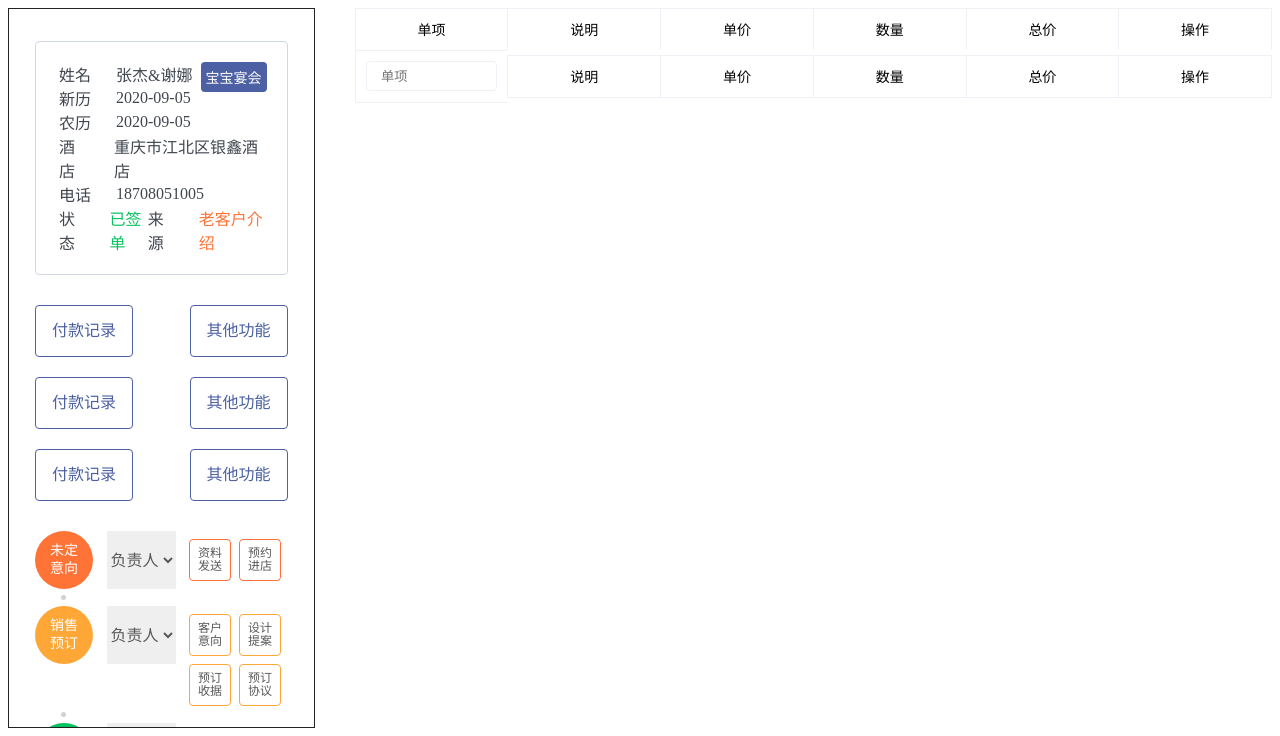
Repository: Lairuola/wedding-1
Page: index.html
These files come from the project's save history. The page is drawn as it stood at one moment and after the next save; the edit follows.
The browser window is 1280 px wide. The pictures show the whole page.

Above is the page before, as saved 2020-12-24 15:48:32.

### index.html
<!--
 * @Author       : 濑若拉
 * @Date         : 2020-12-17 10:22:14
 * @LastEditors  : 濑若拉
 * @LastEditTime : 2020-12-24 15:48:32
 * @FilePath     : /slidebar/index.html
-->


<!DOCTYPE html>
<html lang="en">

<head>
  <meta charset="UTF-8">
  <meta name="viewport" content="width=device-width, initial-scale=1.0">
  <title>Document</title>
  <style>
    .slide-left {
      width: 402px;
      height: 100vh;
      box-sizing: border-box;
      padding: 32px 26px;
      overflow-y: auto;
      display: flex;
      flex-direction: column;
      align-items: center;
      border: 1px solid #222;
    }

    .info {
      width: 100%;
      height: 328px;
      display: flex;
      flex-direction: column;
      justify-content: space-between;
      padding: 20px 23px;
      position: relative;
      box-sizing: border-box;
      border-radius: 4px;
      border: solid 1px #d1d6e7;
    }

    .info .row {
      width: 100%;
      display: flex;
      font-size: 16px;
      color: #414750;
      flex-direction: row;
      align-items: center;
    }

    .info .row .label,
    .info .end-row .item .label {
      margin-right: 25px;
    }

    .info .end-row {
      width: 100%;
      display: flex;
      flex-direction: row;
      align-items: center;
      justify-content: space-between;
      font-size: 16px;
      color: #414750;
    }

    .info .end-row .item {
      display: flex;
      flex-direction: row;
      align-items: center;
      font-size: 16px;
      color: #414750;
    }

    .info .info-tag {
      padding: 5px;
      background-color: #4c60a3;
      border-radius: 4px;
      font-size: 14px;
      color: #fff;
      position: absolute;
      top: 20px;
      right: 20px;
    }

    .btn-area {
      width: 100%;
      display: flex;
      flex-direction: row;
      align-items: center;
      justify-content: space-between;
      flex-wrap: wrap;
      margin-top: 10px;
      margin-bottom: 30px;
    }

    .btn-area .btn {
      width: 96px;
      height: 50px;
      background-color: #ffffff;
      border-radius: 4px;
      border: solid 1px #4c60a3;
      font-size: 16px;
      color: #4c60a3;
      text-align: center;
      line-height: 50px;
      margin-top: 20px;
    }

    .bot-area {
      width: 100%;
      display: flex;
      flex-direction: column;
    }

    .bot-area .item {
      width: 100%;
      display: flex;
      flex-direction: row;
      position: relative;
      padding-bottom: 17px;
    }

    .bot-area .item .circle {
      width: 58px;
      height: 58px;
      color: #fff;
      border-radius: 100%;
      display: flex;
      align-items: center;
      justify-content: center;
    }

    .bot-area .item .circle .text {
      width: 28px;
      height: 36px;
      font-size: 14px;
      line-height: 18px;
    }

    .bot-area .item .select-wrap {
      width: 96px;
      text-align: center;
    }

    .bot-area .item .select-wrap .bot-select {
      border: none;
      outline: none;
      color: #595959;
      font-size: 16px;
      height: 58px;
    }

    .bot-area .item .btn-row {
      flex: 1;
      display: flex;
      flex-direction: row;
      flex-wrap: wrap;
      margin-right: -8px;
    }

    .bot-area .item .btn-row .btn {
      width: 40px;
      height: 40px;
      border-radius: 4px;
      margin-right: 8px;
      border: 1px solid;
      display: flex;
      align-items: center;
      justify-content: center;
      margin-top: 8px;
      color: #595959;
    }

    .bot-area .item .btn-row .btn .word {
      width: 24px;
      height: 26px;
      font-size: 12px;
      line-height: 13px;
      letter-spacing: 0px;
    }

    .bot-area .item .dot {
      width: 5px;
      height: 5px;
      background-color: #d2d2d2;
      border-radius: 100%;
      position: absolute;
      bottom: 6px;
      left: 26px;
    }

    .bot-area .item .btn-row .btn.orange {
      border-color: #ff7336;
    }

    .bot-area .item .btn-row .btn.orange:hover {
      background-color: #ff7336;
      color: #fff;
    }

    .bot-area .item .btn-row .btn.yellow {
      border-color: #ffa736;
    }

    .bot-area .item .btn-row .btn.yellow:hover {
      background-color: #ffa736;
      color: #fff;
    }

    .bot-area .item .btn-row .btn.green {
      border-color: #07c160;
    }

    .bot-area .item .btn-row .btn.green:hover {
      background-color: #07c160;
      color: #fff;
    }

    .bot-area .item .btn-row .btn.aqua {
      border-color: #0bc8cb;
    }

    .bot-area .item .btn-row .btn.aqua:hover {
      background-color: #0bc8cb;
      color: #fff;
    }

    .bot-area .item .btn-row .btn.blue {
      border-color: #3d9bfb;
    }

    .bot-area .item .btn-row .btn.blue:hover {
      background-color: #3d9bfb;
      color: #fff;
    }

    .bot-area .item .btn-row .btn.cornflowerblue {
      border-color: #4c60a3;
    }

    .bot-area .item .btn-row .btn.cornflowerblue:hover {
      background-color: #4c60a3;
      color: #fff;
    }

    .color-green {
      color: #07c160
    }

    .color-orange {
      color: #ff7336;
    }

    .bg-color-red {
      background-color: #ff7336;
    }

    .bg-color-yellow {
      background-color: #ffa736;
    }

    .bg-color-green {
      background-color: #07c160;
    }

    .bg-color-aqua {
      background-color: #0bc8cb;
    }

    .bg-color-blue {
      background-color: #3d9bfb;
    }

    .bg-color-cornflowerblue {
      background-color: #4c60a3;
    }
  </style>
  <style>
    .my-table {
      width: 100%;
      height: 80vh;
      display: flex;
      flex-direction: column;
      margin-left: 40px;
    }

    .my-table .rows {
      width: 100%;
      display: flex;
      flex-direction: row;
      align-items: center;
    }

    .my-table .rows .item {
      flex: 1;
      border: 1px solid #222;
      box-sizing: border-box;
      display: flex;
      align-items: center;
      justify-content: center;
      border: 1px solid #eff1f7;
      font-size: 14px;
      padding: .65rem;
    }

    .my-table .rows .item:not(:last-child) {
      border-right: 0
    }

    .my-table .rows:not(:last-child) .item {
      border-bottom: 0;
    }

    .my-table .rows .item .single {
      background-color: #fff;
      border: 1px solid #eff1f7;
      width: 100%;
      height: 28px;
      padding: 0 14px;
      border-radius: 4px;
    }
  </style>
</head>

<body style="display: flex;flex-direction: row;">
  <div class="slide-left">
    <!-- 资料 -->
    <div class="info">
      <div class="row">
        <div class="label">姓名</div>
        <div class="content">张杰&谢娜</div>
      </div>
      <div class="row">
        <div class="label">新历</div>
        <div class="content">2020-09-05</div>
      </div>
      <div class="row">
        <div class="label">农历</div>
        <div class="content">2020-09-05</div>
      </div>
      <div class="row">
        <div class="label">酒店</div>
        <div class="content">重庆市江北区银鑫酒店</div>
      </div>
      <div class="row">
        <div class="label">电话</div>
        <div class="content">18708051005</div>
      </div>
      <div class="end-row">
        <div class="item">
          <div class="label">状态</div>
          <div class="content color-green">已签单</div>
        </div>
        <div class="item">
          <div class="label">来源</div>
          <div class="content color-orange">老客户介绍</div>
        </div>
      </div>
      <!-- tag -->
      <div class="info-tag">宝宝宴会</div>
    </div>
    <!-- btn-area -->
    <div class="btn-area">
      <div class="btn">付款记录</div>
      <div class="btn">其他功能</div>
      <div class="btn">付款记录</div>
      <div class="btn">其他功能</div>
      <div class="btn">付款记录</div>
      <div class="btn">其他功能</div>
    </div>
    <!-- bot-area -->
    <div class="bot-area">
      <div class="item">
        <div class="circle bg-color-red">
          <div class="text">未定意向</div>
        </div>
        <div class="select-wrap">
          <select class='bot-select' name="" id="">
            <option value="">负责人</option>
          </select>
        </div>
        <div class="btn-row">
          <div class="btn orange">
            <div class="word">资料发送</div>
          </div>
          <div class="btn orange">
            <div class="word">预约进店</div>
          </div>
        </div>
        <div class="dot"></div>
      </div>
      <div class="item">
        <div class="circle bg-color-yellow">
          <div class="text">销售预订</div>
        </div>
        <div class="select-wrap">
          <select class='bot-select' name="" id="">
            <option value="">负责人</option>
          </select>
        </div>
        <div class="btn-row">
          <div class="btn yellow">
            <div class="word">客户意向</div>
          </div>
          <div class="btn yellow">
            <div class="word">设计提案</div>
          </div>
          <div class="btn yellow">
            <div class="word">预订收据</div>
          </div>
          <div class="btn yellow">
            <div class="word">预订协议</div>
          </div>
        </div>
        <div class="dot"></div>
      </div>
      <div class="item">
        <div class="circle bg-color-green">
          <div class="text">设计策划</div>
        </div>
        <div class="select-wrap">
          <select class='bot-select' name="" id="">
            <option value="">负责人</option>
          </select>
        </div>
        <div class="btn-row">
          <div class="btn green">
            <div class="word">策划设计</div>
          </div>
          <div class="btn green">
            <div class="word">价格明细</div>
          </div>
          <div class="btn green">
            <div class="word">正式合同</div>
          </div>
          <div class="btn green">
            <div class="word">搭建清单</div>
          </div>
        </div>
        <div class="dot"></div>
      </div>
      <div class="item">
        <div class="circle bg-color-aqua">
          <div class="text">服务统筹</div>
        </div>
        <div class="select-wrap">
          <select class='bot-select' name="" id="">
            <option value="">负责人</option>
          </select>
        </div>
        <div class="btn-row">
          <div class="btn aqua">
            <div class="word">统筹服务</div>
          </div>
        </div>
        <div class="dot"></div>
      </div>
      <div class="item">
        <div class="circle bg-color-blue">
          <div class="text">执行搭建</div>
        </div>
        <div class="select-wrap">
          <select class='bot-select' name="" id="">
            <option value="">负责人</option>
          </select>
        </div>
        <div class="btn-row">
          <div class="btn blue">
            <div class="word">搭建确认</div>
          </div>
          <div class="btn blue">
            <div class="word">执行完成</div>
          </div>
        </div>
        <div class="dot"></div>
      </div>
      <div class="item">
        <div class="circle bg-color-cornflowerblue">
          <div class="text">成本结算</div>
        </div>
        <div class="select-wrap">
          <select class='bot-select' name="" id="">
            <option value="">负责人</option>
          </select>
        </div>
        <div class="btn-row">
          <div class="btn cornflowerblue">
            <div class="word">成本核算</div>
          </div>
        </div>
      </div>
    </div>
  </div>
  <div class="my-table">
    <div class="rows">
      <div class="item">单项</div>
      <div class="item">说明</div>
      <div class="item">单价</div>
      <div class="item">数量</div>
      <div class="item">总价</div>
      <div class="item">操作</div>
    </div>
    <div class="rows">
      <div class="item">
        <input class="single" type="text" placeholder="单项">
      </div>
      <div class="item">说明</div>
      <div class="item">单价</div>
      <div class="item">数量</div>
      <div class="item">总价</div>
      <div class="item">操作</div>
    </div>
  </div>
</body>

</html>

After the next save:
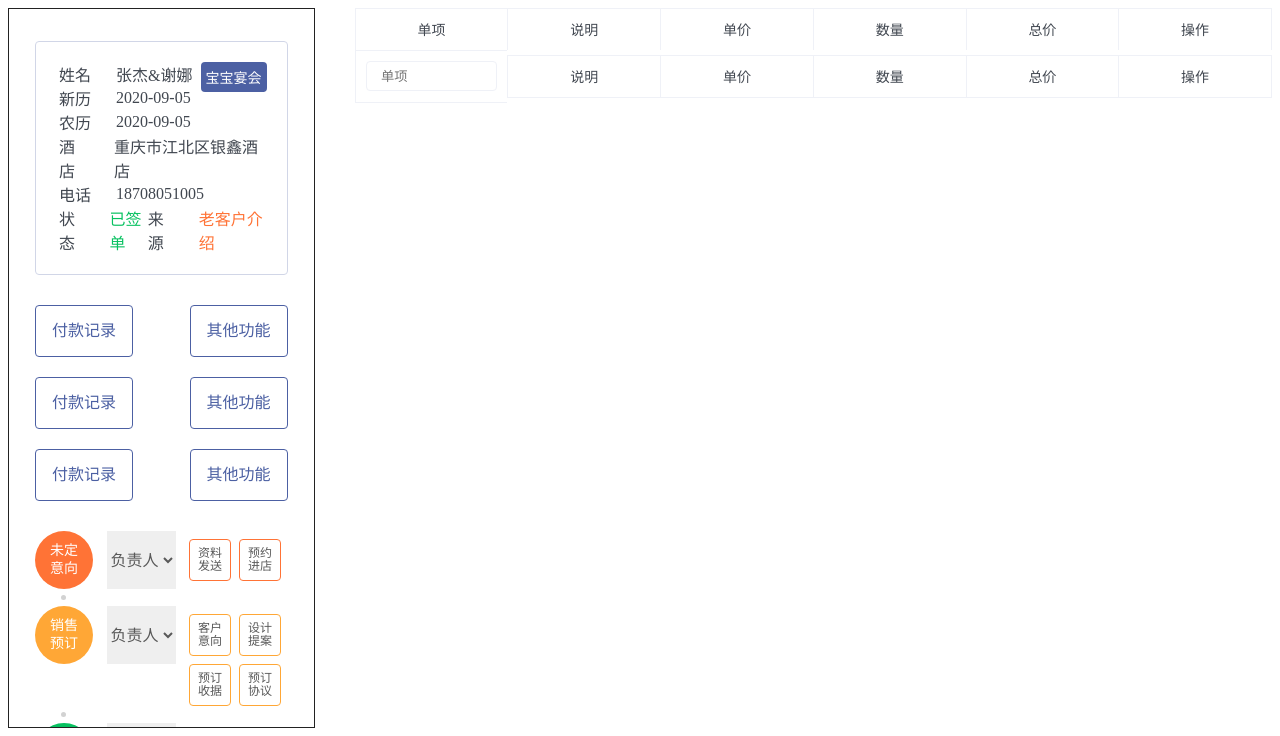
Saved 2 min 6 s later.
--- a/index.html
+++ b/index.html
@@ -2,7 +2,7 @@
  * @Author       : 濑若拉
  * @Date         : 2020-12-17 10:22:14
  * @LastEditors  : 濑若拉
- * @LastEditTime : 2020-12-24 15:48:32
+ * @LastEditTime : 2020-12-24 15:50:38
  * @FilePath     : /slidebar/index.html
 -->
 
@@ -283,6 +283,7 @@
       display: flex;
       flex-direction: column;
       margin-left: 40px;
+      color: #414750;
     }
 
     .my-table .rows {
